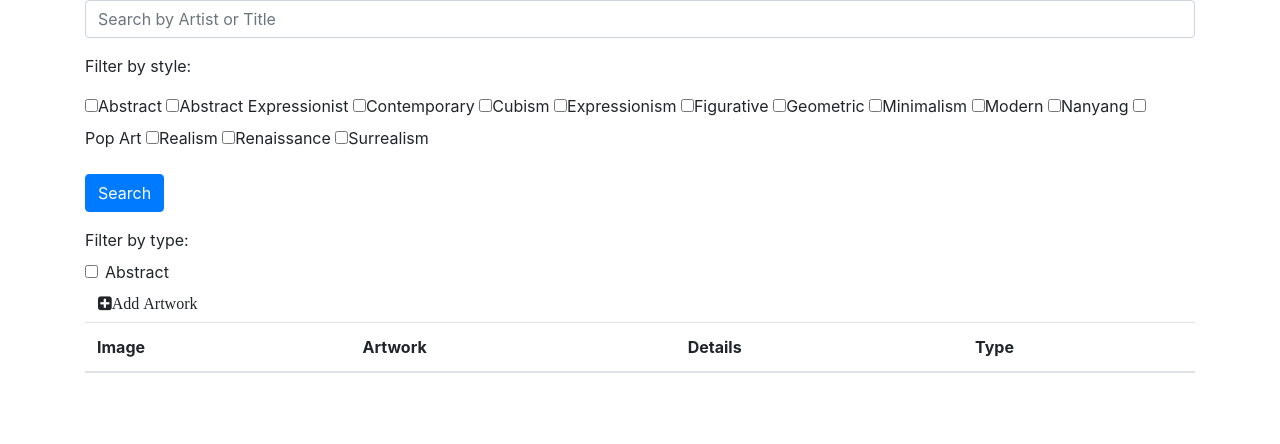
Repository: lynette-lyf/artwork-inventory
Page: http://localhost/
The author's editor kept a record of every edit. The page is drawn from the files as they stood at one moment, then again after the next edit.
The browser window is 1280 px wide. The pictures show the whole page.
The page is served by the project's application, run on Flask 3 (app.py). Queries for data that is not in the repository find no rows.

Above is the page before.

After the next edit:
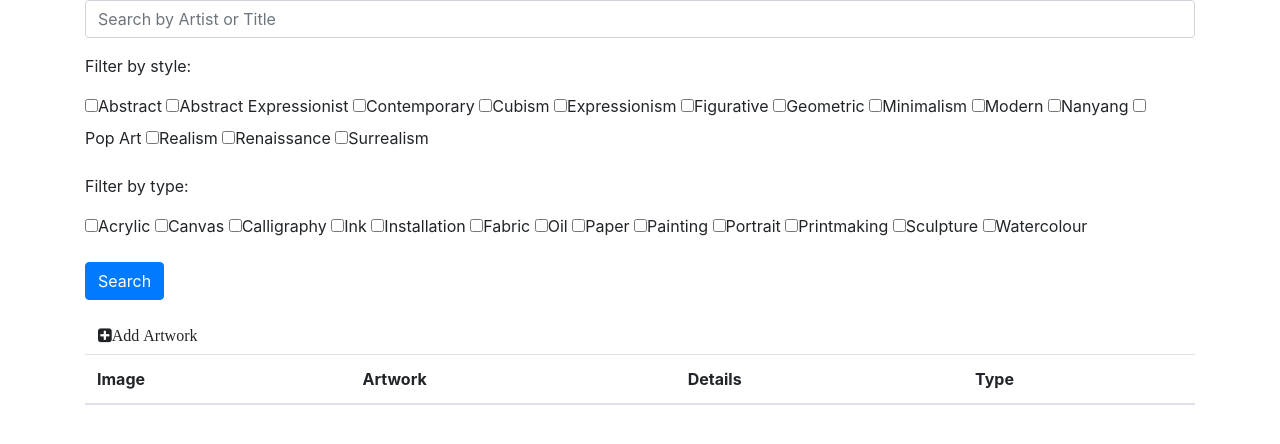
The edit:
--- a/templates/index.template.html
+++ b/templates/index.template.html
@@ -31,15 +31,19 @@
                 {%endfor%}
             </div>
 
+            <div class='form-group'>
+                <p>Filter by type:</p>
+                {%for t in all_types %}
+                <input type="checkbox" name="must-have" value="{{t}}"
+                {%if t in filter %}
+                checked
+                {%endif%}
+                /><label>{{t}}</label>
+                {%endfor%}
+            </div>
+
             <input type="submit" class="btn btn-primary" value="Search"/>
         </form>
-
-        <label>Filter by type:</label>
-
-            <div class="form-check">
-            <input class="form-check-input" type='checkbox' value='Abstract' id="type" name="type">
-            <label class="form-check-label" for="Abstract">Abstract</label>
-            </div>
 
 
         <a href="add-artwork" class="btn btn-default"><i class="fa fa-plus-square">Add Artwork</i></a>
